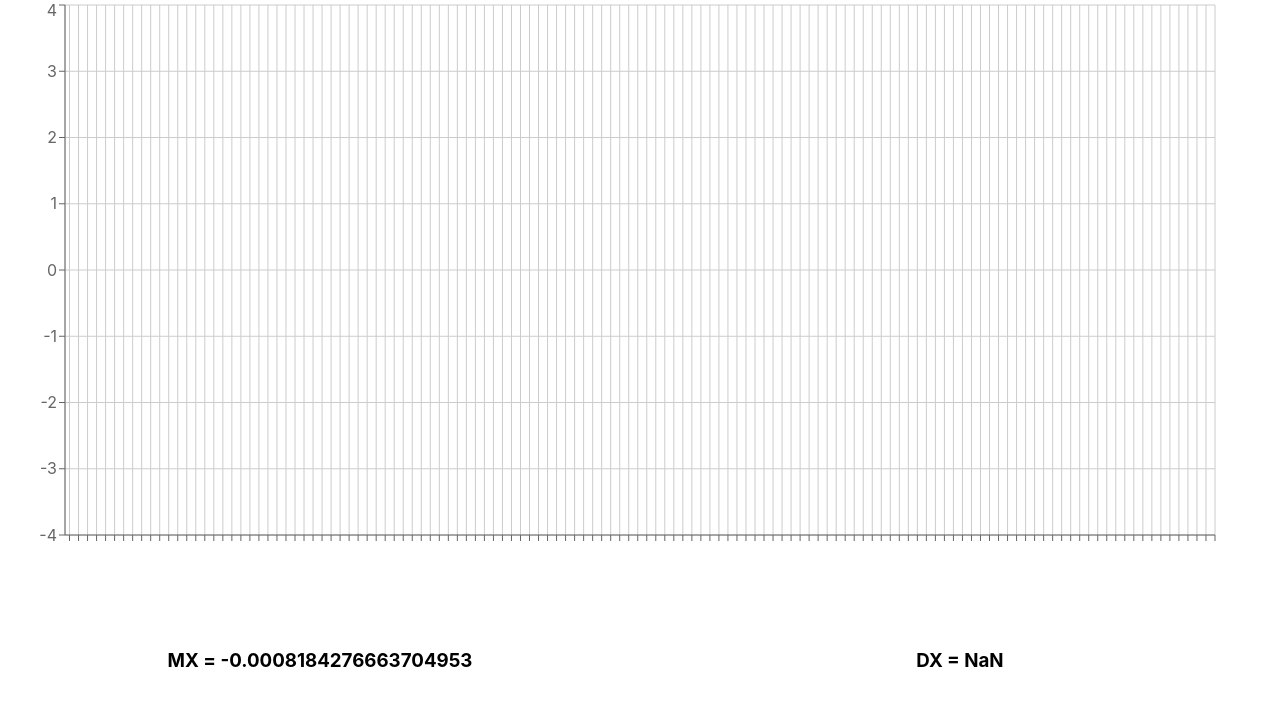
Repository: ivanburlakov/rts-labs
Page: / (app in lab1.2/)
An editor plug-in stored every save of this project. The page is shown before and after the next save, followed by the edit.
The browser window is 1280 px wide. The pictures show the whole page.
The project was rebuilt for these pictures with package versions that can differ from the ones it lists, and the page was loaded fresh each time.

Above is the page before, as saved 2021-04-22 20:14:31.

### lab1.2/src/App.js
import { useState, useEffect } from "react";
import {
  LineChart,
  Line,
  CartesianGrid,
  XAxis,
  YAxis,
  ResponsiveContainer,
  Tooltip,
} from "recharts";
import "./App.css";

const pcorr = (x, y) => {
  let sumX = 0,
    sumY = 0,
    sumXY = 0,
    sumX2 = 0,
    sumY2 = 0;
  const minLength = Math.min(x.length, y.length);
  const reduce = (xi, idx) => {
    const yi = y[idx];
    sumX += xi;
    sumY += yi;
    sumXY += xi * yi;
    sumX2 += xi * xi;
    sumY2 += yi * yi;
  };
  x.forEach(reduce);
  return (
    (minLength * sumXY - sumX * sumY) /
    Math.sqrt(
      (minLength * sumX2 - Math.pow(sumX, 2)) * (minLength * sumY2 - Math.pow(sumY, 2))
    )
  );
};

function generateChart(harmonics, frequencyBorder, ticks) {
  const results = [];
  const x = [];
  let mx = 0;
  let dx = 0;
  const a = [
    0.4339828585740546,
    0.7913122899825349,
    0.9046675274492586,
    0.03561605703191084,
    0.6945208754805292,
    0.31068813398293105,
    0.8019743203386724,
    0.28475103254141687,
    0.12064273435943562,
    0.9330672886468734,
  ];
  const phi = [
    0.22630164484429782,
    0.209250913297216,
    0.4181397442964869,
    0.7283513419958436,
    0.9143343248574061,
    0.29136587444048345,
    0.6230305731180181,
    0.7151092751757229,
    0.053674000231757946,
    0.14700253263682495,
  ];
  for (let i = 0; i < harmonics; i++) {
    const w = (frequencyBorder / harmonics) * (i + 1);
    const harmonic = [];
    for (let t = 0; t < ticks; t++) {
      harmonic.push(a[i] * Math.sin(w * t + phi[i]));
    }
    results.push(harmonic);
  }
  for (let t = 0; t < ticks; t++) {
    let sum = 0;
    for (const array of results) {
      sum += array[t];
    }
    x.push(sum);
    mx += sum;
  }
  mx = mx / ticks;
  for (let t = 0; t < ticks; t++) {
    dx += Math.pow(x[t].signal - mx, 2);
  }
  dx = dx / (ticks - 1);
  return {
    x,
    mx,
    dx,
  };
}

function App() {
  const [data, setData] = useState(null);
  useEffect(() => {
    setData(generateChart(10, 900, 256));
  }, []);
  return (
    <div className="App">
      {data && (
        <>
          <div className="chart">
            <ResponsiveContainer width="100%" height="95%">
              <LineChart
                data={data.x}
                margin={{ right: 65, top: 5, bottom: 5, left: 5 }}
              >
                <CartesianGrid stroke="#ccc" />
                <Line
                  type="monotone"
                  dataKey="signal"
                  stroke="#4285F4"
                  strokeWidth={2}
                />
                <XAxis dataKey="t" />
                <YAxis
                  dataKey="signal"
                  ticks={[-4, -3, -2, -1, 0, 1, 2, 3, 4]}
                />
                <Tooltip />
              </LineChart>
            </ResponsiveContainer>
          </div>
          <div className="results">
            <div className="center">
              <h3 className="mx">MX = {data.mx}</h3>
            </div>
            <div className="center">
              <h3 className="dx">DX = {data.dx}</h3>
            </div>
          </div>
        </>
      )}
    </div>
  );
}

export default App;

### lab1.2/src/App.css
.App {
  position: absolute;
  top: 0;
  bottom: 0;
  left: 0;
  right: 0;
  display: flex;
  flex-direction: column;
  justify-content: center;
  align-items: center;
  overflow: hidden;
}

.results {
  flex: 1;
  position: relative;
  height: 80px;
  width: 100%;
  display: flex;
  flex-direction: row;
}

.center {
  flex: 1;
  position: relative;
  display: flex;
  justify-content: center;
  align-items: center;
}

.mx {
  display: block;
}

.dx {
  display: block;
}

.chart {
  position: relative;
  height: 100%s;
  width: 100%;
  flex: 5;
}

Loaded but not shown: lab1.2/public/index.html (common file); lab1.2/src/index.js (common file); lab1.2/src/index.css (common file); lab1.2/src/reportWebVitals.js (common file)

After the next save:
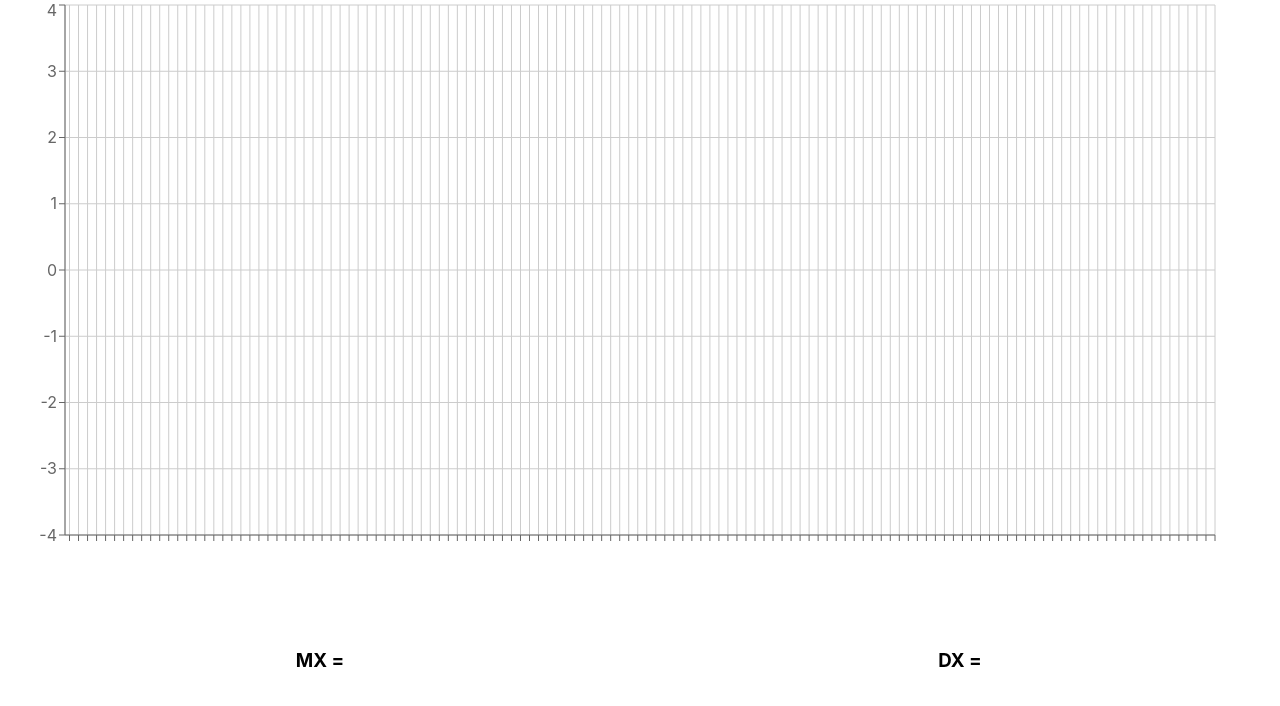
Saved 3 min 38 s later.
--- a/lab1.2/src/App.js
+++ b/lab1.2/src/App.js
@@ -10,7 +10,7 @@ import {
 } from "recharts";
 import "./App.css";
 
-const pcorr = (x, y) => {
+function pcorr(x, y) {
   let sumX = 0,
     sumY = 0,
     sumXY = 0,
@@ -37,8 +37,6 @@ const pcorr = (x, y) => {
 function generateChart(harmonics, frequencyBorder, ticks) {
   const results = [];
   const x = [];
-  let mx = 0;
-  let dx = 0;
   const a = [
     0.4339828585740546,
     0.7913122899825349,
@@ -77,17 +75,12 @@ function generateChart(harmonics, frequencyBorder, ticks) {
       sum += array[t];
     }
     x.push(sum);
-    mx += sum;
   }
-  mx = mx / ticks;
-  for (let t = 0; t < ticks; t++) {
-    dx += Math.pow(x[t].signal - mx, 2);
+  for (let i = 0; i < harmonics; i++) {
+    x
   }
-  dx = dx / (ticks - 1);
   return {
     x,
-    mx,
-    dx,
   };
 }
 
